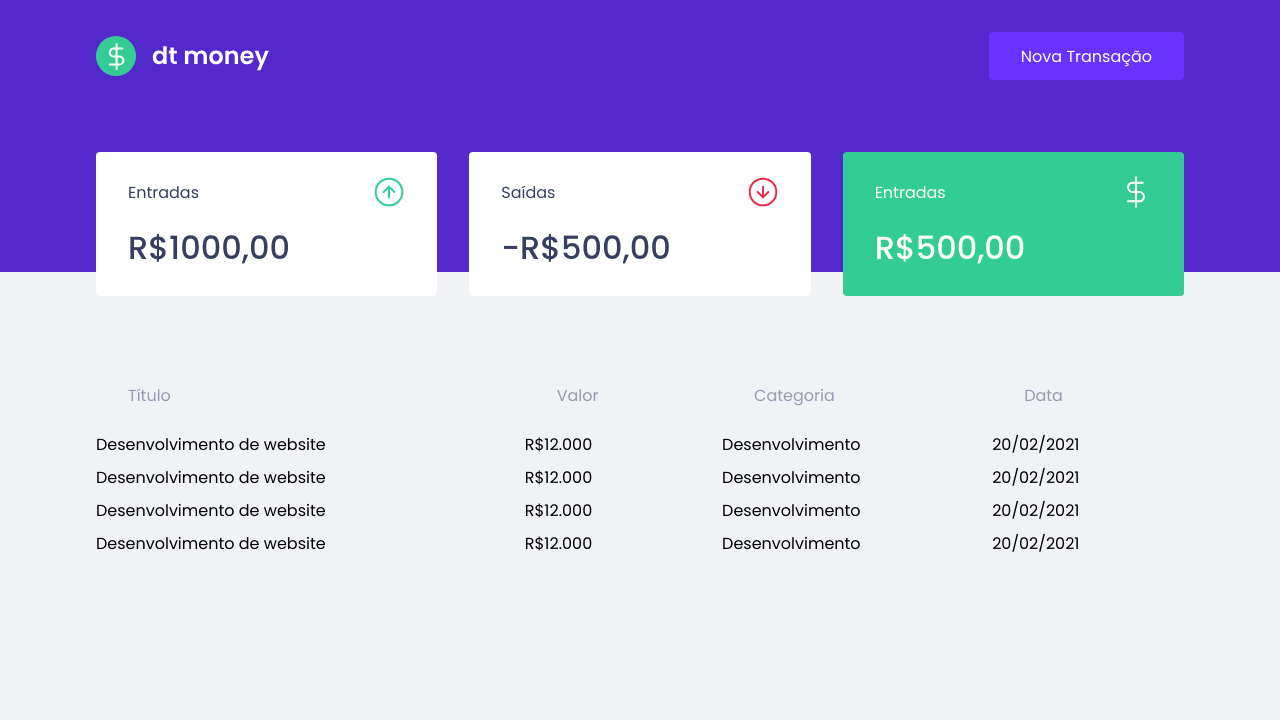
Repository: FreitasGabriel/dtmoney
Page: /
The author's editor kept a copy of each file at every save. The page is drawn from the files as they stood at one save, then again after the next save.
The browser window is 1280 px wide. The pictures show the whole page.
The project was rebuilt for these pictures with package versions that can differ from the ones it lists, and the page was loaded fresh each time.

Above is the page before, as saved 2021-03-16 19:10:25.

After the next save:
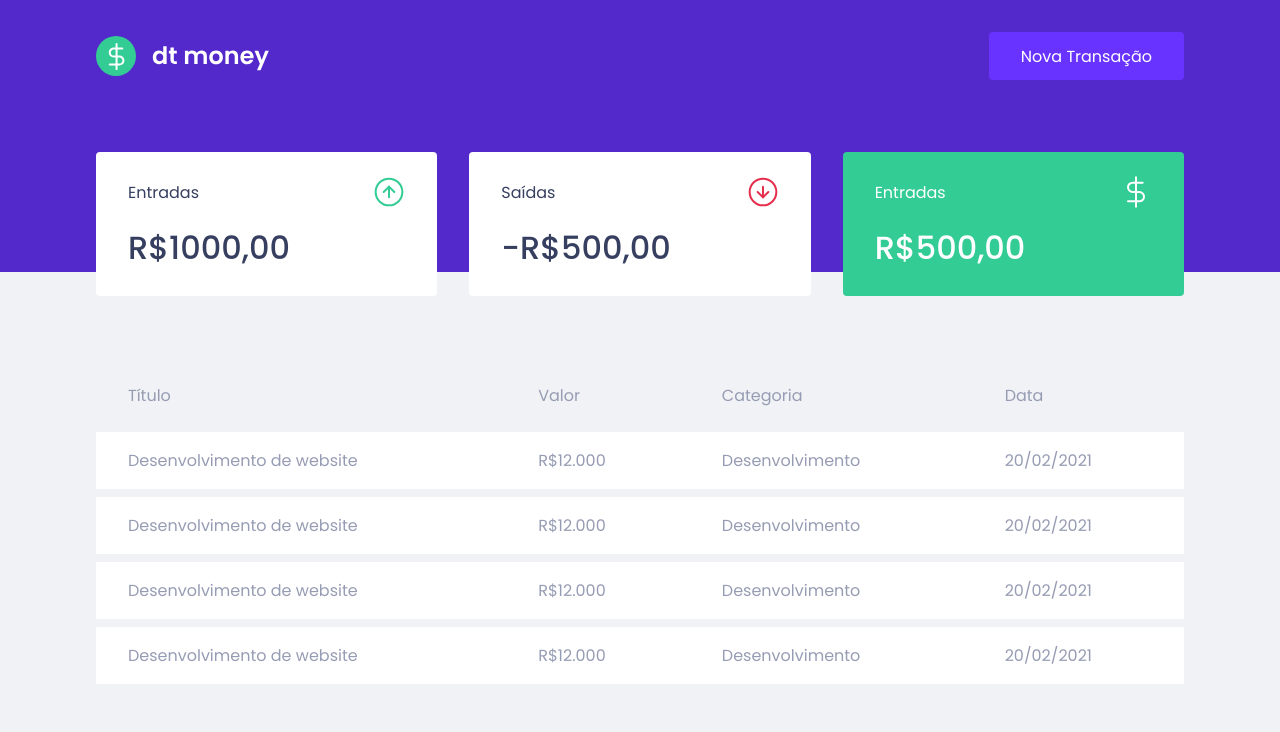
Saved 108 s later.
--- a/src/components/TransactionsTable/styles.ts
+++ b/src/components/TransactionsTable/styles.ts
@@ -15,5 +15,12 @@ export const Container = styled.div`
             text-align: left;
             line-height: 1.5rem;
         }
+
+        td {
+            padding: 1rem 2rem;
+            border: 0;
+            background: var(--shape);
+            color: var(--text-body);
+        }
     }
 `
